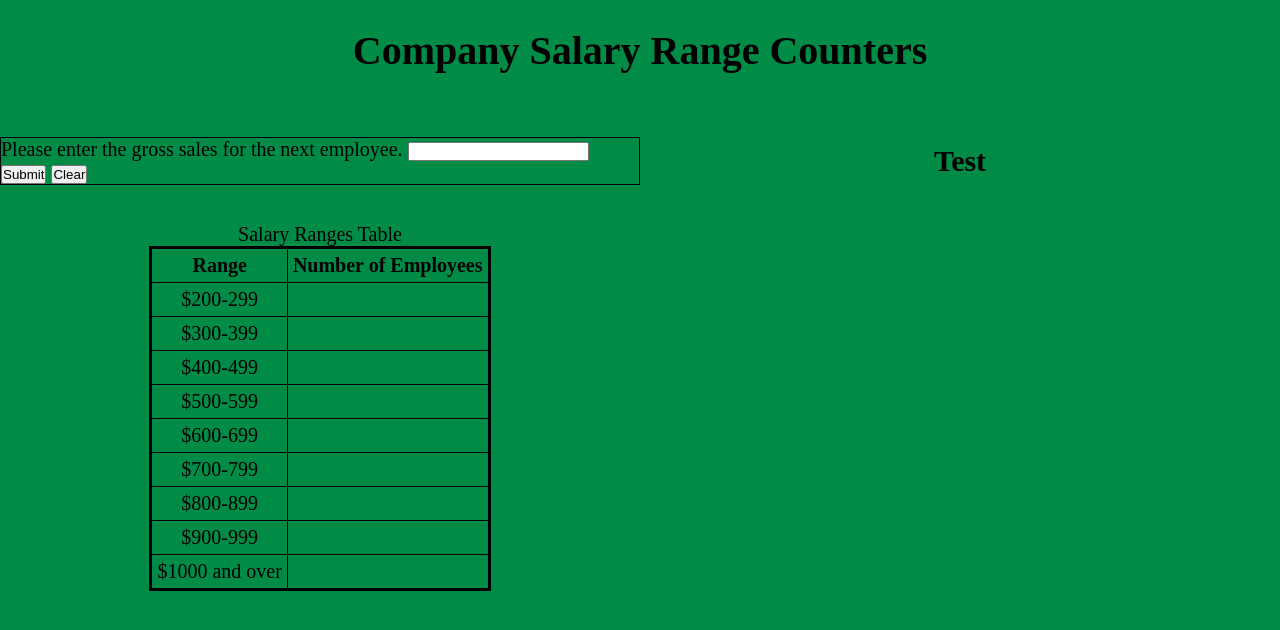
Repository: mlmEFSC21/P17-Sales-Commision
Page: sales.html
These files come from the project's save history. The page is drawn as it stood at one moment and after the next save; the edit follows.
The browser window is 1280 px wide. The pictures show the whole page.

Above is the page before, as saved 2022-04-02 08:26:18.

### sales.html
<!DOCTYPE html>
<html lang="en">
    <head>
        <meta charset="UTF-8" />
        <meta http-equiv="X-UA-Compatible" content="IE=edge" />
        <meta name="viewport" content="width=device-width, initial-scale=1.0" />
        <link rel="stylesheet" href="sales.css" />
        <script defer src="sales.js"></script>
        <title>Company Salary Range Counters</title>
    </head>
    <body>
        <header class="mainHeader">
            <h1>Company Salary Range Counters</h1>
        </header>
        <section class="mainContent">
            <div class="formContainer" id="formContainer">
                <form class="salaryForm" id="salaryForm">
                    <label for="grossSales"
                        >Please enter the gross sales for the next employee.</label
                    >
                    <input type="text" name="grossSales" class="salesInp" id="salesInp" required />
                    <button type="submit" class="submit-btn" id="submit-btn">Submit</button>
                    <button type="reset" class="clear-btn" id="clear-btn">Clear</button>
                </form>
            </div>
            <div class="currentSalary">
                <h2>Test</h2>
            </div>
            <div class="tableContainer" id="tableContainer">
                <table>
                    <caption>
                        Salary Ranges Table
                    </caption>
                    <thead>
                        <tr>
                            <th>Range</th>
                            <th>Number of Employees</th>
                        </tr>
                    </thead>
                    <tbody>
                        <tr>
                            <td>$200-299</td>
                            <td class="ranges" id="ranges"></td>
                        </tr>
                        <tr>
                            <td>$300-399</td>
                            <td class="ranges" id="ranges"></td>
                        </tr>
                        <tr>
                            <td>$400-499</td>
                            <td class="ranges" id="ranges"></td>
                        </tr>
                        <tr>
                            <td>$500-599</td>
                            <td class="ranges" id="ranges"></td>
                        </tr>
                        <tr>
                            <td>$600-699</td>
                            <td class="ranges" id="ranges"></td>
                        </tr>
                        <tr>
                            <td>$700-799</td>
                            <td class="ranges" id="ranges"></td>
                        </tr>
                        <tr>
                            <td>$800-899</td>
                            <td class="ranges" id="ranges"></td>
                        </tr>
                        <tr>
                            <td>$900-999</td>
                            <td class="ranges" id="ranges"></td>
                        </tr>
                        <tr>
                            <td>$1000 and over</td>
                            <td class="ranges" id="ranges"></td>
                        </tr>
                    </tbody>
                    <tfoot></tfoot>
                </table>
            </div>
        </section>
    </body>
</html>

### sales.css
:root {
    --clr-background: #008b47;
    --clr-primary: #f8cd24;
    --clr-secondary: #6bb64a;
}
*,
*::after,
*::before {
    box-sizing: border-box;
    margin: 0;
    padding: 0;
}
body {
    background-color: var(--clr-background);
    font-size: 20px;
}
.mainHeader {
    display: flex;
    align-items: center;
    justify-content: center;
    height: 100px;
}

.mainContent {
    display: grid;
    grid-template-rows: repeat(4, 1fr);
    grid-template-columns: repeat(4, 1fr);
}
.formContainer {
    grid-column: 1 / 3;
    align-self: center;
    justify-self: center;
    border: 1px ridge black;
}
.currentSalary {
    grid-column: 3 / 5;
    align-self: center;
    justify-self: center;
}
.tableContainer {
    grid-column: 1/3;
    grid-row: 2/5;
    justify-self: center;
    align-self: center;
}
table {
    border-collapse: collapse;
    border: 3px solid black;
}
th,
tr,
td {
    border: 1px solid black;
    margin: 5px;
    padding: 5px;
    text-align: center;
}

### sales.js
//  base salary = $200 + commission
// commission = gross sales * 9%
// range floor / 100 - 2 = index 0 - 8
// test: x1 = Math.floor(218 / 100) - 2;
// works for all ranges below the last. Just check for >1000 first.
const baseSalary = 200;
let commissionAmount = 0;
let totalSalary = 0;
let employeeNum = 0;
let salaryRanges = [0, 0, 0, 0, 0, 0, 0, 0, 0];
let weeklyGrossSales = [];

const form = document.querySelector("#salaryForm");
const salesInput = document.getElementById("salesInp");
const td = document.querySelectorAll("td#ranges");
form.addEventListener("submit", getWeeklySal);
const resetBtn = document.querySelector("#clear-btn");
resetBtn.addEventListener("click", clearAllSalaries);

function getWeeklySal(e) {
    e.preventDefault();
    employeeNum++;
    weeklyGrossSales = parseInt(salesInput.value);
    calcCommission();
    calcTotalWeeklySalary();
    calcSalaryRange(totalSalary);
    fillRangeCol();
    salesInput.value = "";
}
function calcCommission() {
    commissionAmount = weeklyGrossSales * 0.09;
}
function calcTotalWeeklySalary() {
    totalSalary = baseSalary + commissionAmount;
    console.log(totalSalary);
    console.log(salaryRanges);
}
function calcSalaryRange(totalSalary) {
    if (totalSalary >= 1000) {
        salaryRanges[8] += 1;
    } else if (totalSalary < 1000) {
        let i = Math.floor(totalSalary / 100) - 2;
        salaryRanges[i] = salaryRanges[i] + 1;
    }
}
//append the table
function fillRangeCol() {
    for (let i = 0; i < salaryRanges.length; i++) {
        td[i].innerText = salaryRanges[i];
    }
}
//reset button
function clearAllSalaries() {
    salesInput.value = "";
    salaryRanges = [0, 0, 0, 0, 0, 0, 0, 0, 0];
    weeklyGrossSales = [];
    for (let i = 0; i < salaryRanges.length; i++) {
        td[i].innerText = 0;
    }
}

console.log(salaryRanges);
console.log(weeklyGrossSales);

After the next save:
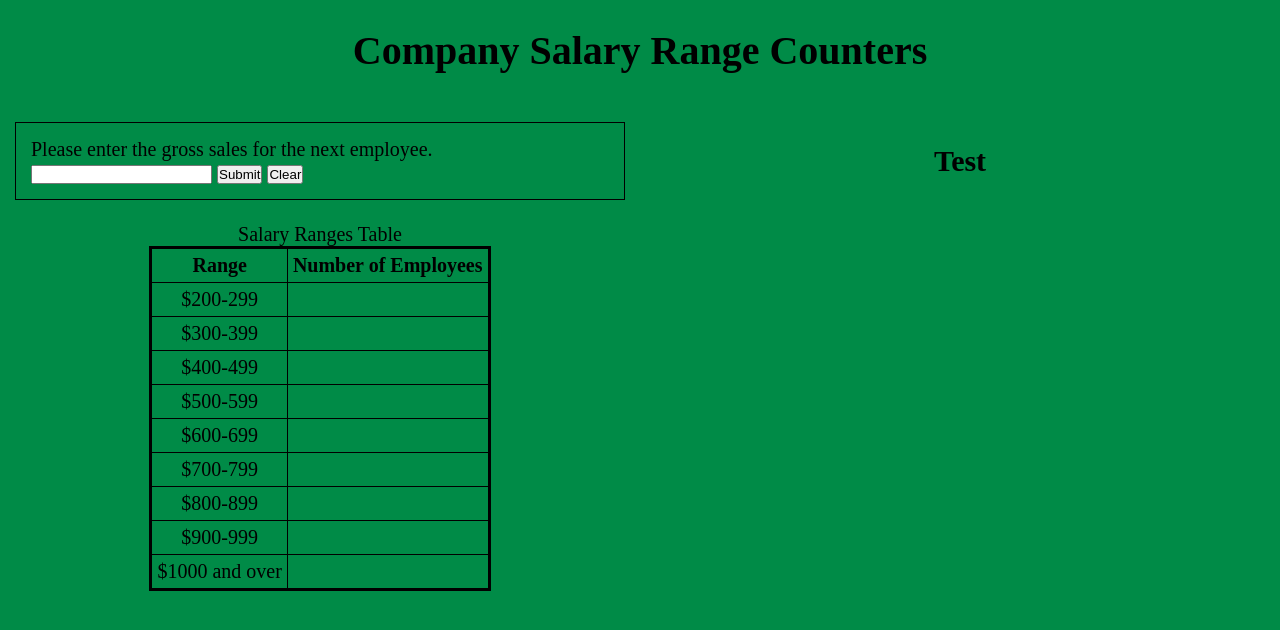
Saved 29 s later.
--- a/sales.css
+++ b/sales.css
@@ -31,6 +31,8 @@ body {
     align-self: center;
     justify-self: center;
     border: 1px ridge black;
+    margin: 15px;
+    padding: 15px;
 }
 .currentSalary {
     grid-column: 3 / 5;
